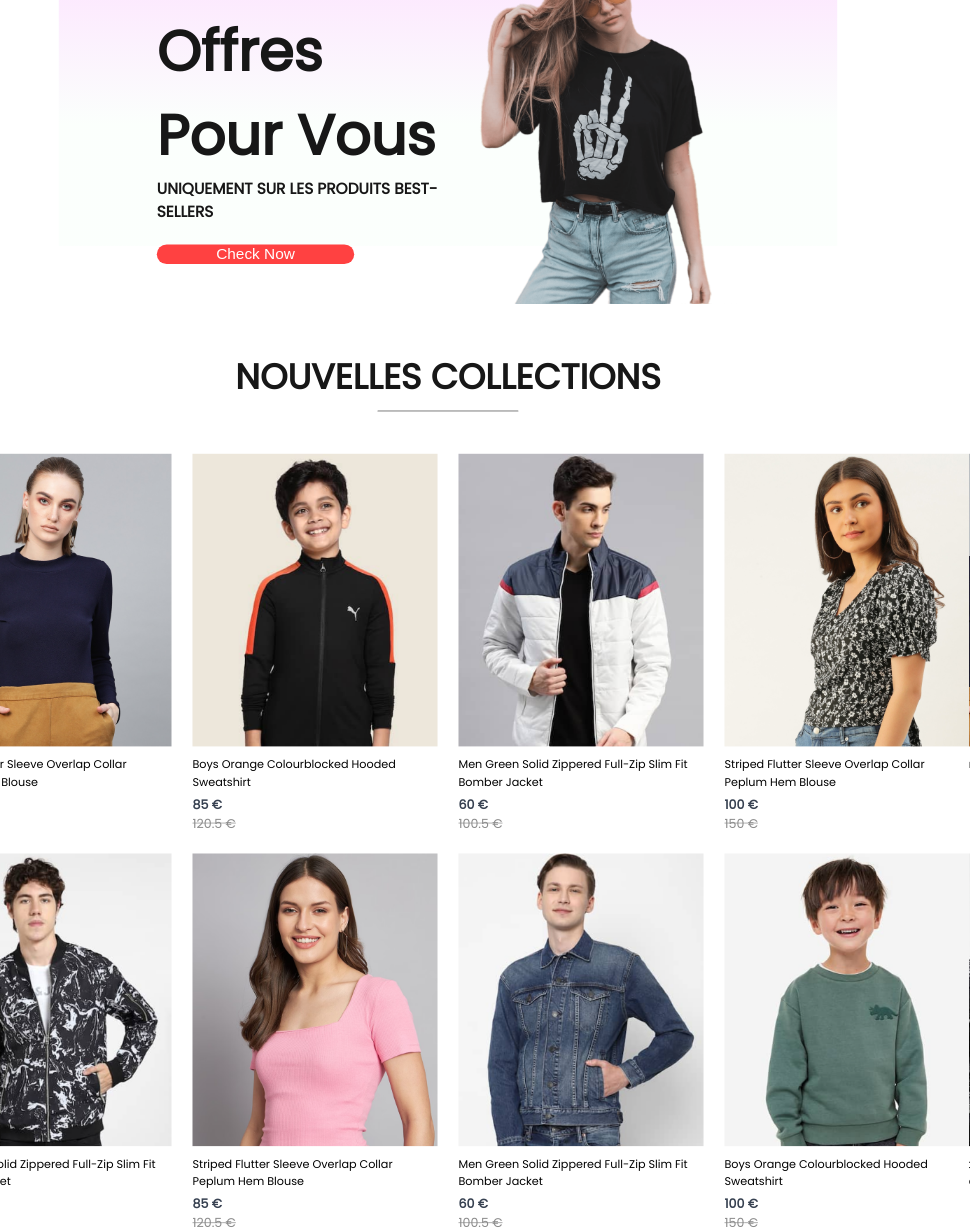
Repository: Flora-J/frontend
Page: /
These files come from the project's save history. The page is drawn as it stood at one moment and after a run of saves; the edit follows.
The browser window is 1280 px wide. The page is 1385 px wide, so the pictures cover 1385 px, including what lies to the right of the window. The pictures show the part of the page from y = 1546 to 3306 px (the page is 3306 px tall), at 70% of full size.
The project was rebuilt for these pictures with package versions that can differ from the ones it lists, and the page was loaded fresh each time. Also part of the build but not shown: src/App.css, src/pages/ShopCategory.jsx, src/pages/Product.jsx, src/pages/Cart.jsx, src/pages/LoginSignup.jsx.

Above is the page before, as saved 2023-11-24 12:01:52.

### src/components/Navbar/Navbar.jsx
import React, { useState } from "react";
import "./Navbar.css";
import logo from "../../assets/logo.png";
import cart_icon from "../../assets/cart_icon.png";
import { Link } from "react-router-dom";

const Navbar = () => {
  const [menu, setMenu] = useState("shop");
  return (
    <div className="navbar">
      <div className="nav-logo">
        <img src={logo} alt="" />
        <p>SHOPPER</p>
      </div>
      <ul className="nav-menu">
        <li
          onClick={() => {
            setMenu("shop");
          }}
        >
          <Link style={{ textDecoration: "none" }} to="/">
            Shop
          </Link>
          {menu === "shop" ? <hr /> : <></>}
        </li>
        <li
          onClick={() => {
            setMenu("mens");
          }}
        >
          <Link style={{ textDecoration: "none" }} to="/mens">
            Hommes
          </Link>
          {menu === "mens" ? <hr /> : <></>}
        </li>
        <li
          onClick={() => {
            setMenu("womens");
          }}
        >
          <Link style={{ textDecoration: "none" }} to="/womens">
            Femmes
          </Link>
          {menu === "womens" ? <hr /> : <></>}
        </li>
        <li
          onClick={() => {
            setMenu("kids");
          }}
        >
          <Link style={{ textDecoration: "none" }} to="/kids">
            Enfants
          </Link>
          {menu === "kids" ? <hr /> : <></>}
        </li>
      </ul>
      <div className="nav-login-cart">
        <Link to="/login">
          <button>Login</button>
        </Link>
        <Link to="/cart">
          <img src={cart_icon} alt="" />
        </Link>
        <div className="nav-cart-count">0</div>
      </div>
    </div>
  );
};

export default Navbar;

### src/pages/Shop.jsx
import React from "react";
import Hero from "../components/Hero/Hero";
import Popular from "../components/Popular/Popular";
import Offers from "../components/Offers/Offers";
import NewCollections from "../components/NewCollections/NewCollections";

const Shop = () => {
  return (
    <div>
      <Hero />
      <Popular />
      <Offers />
      <NewCollections />
    </div>
  );
};

export default Shop;

### src/components/Navbar/Navbar.css
.navbar {
  display: flex;
  justify-content: space-around;
  padding: 16px;
  box-shadow: 0 1px 3px -2px black;
}

.nav-logo {
  display: flex;
  align-items: center;
  gap: 10px;
}

.nav-logo p {
  color: #171717;
  font-size: 38px;
  font-weight: 600;
}

.nav-menu {
  display: flex;
  align-items: center;
  list-style: none;
  gap: 50px;
  color: #626262;
  font-size: 20px;
  font-weight: 500;
}

.nav-menu li {
  display: flex;
  flex-direction: column;
  align-items: center;
  justify-content: center;
  gap: 3px;
  cursor: pointer;
}

.nav-menu hr {
  border: none;
  width: 80%;
  height: 3px;
  border-radius: 10px;
  background: #FF4141;
}

.nav-login-cart {
  display: flex;
  align-items: center;
  gap: 45px;
}

.nav-login-cart button {
  width: 157px;
  height: 58px;
  outline: none;
  border: 1px solid #7a7a7a;
  border-radius: 75px;
  color: #515151;
  font-size: 20px;
  font-weight: 500;
  background: white;
  cursor: pointer;
}

.nav-login-cart button:active {
  background: #f3f3f3;
}

.nav-cart-count {
  width: 22px;
  height: 22px;
  display: flex;
  justify-content: center;
  align-items: center;
  margin-top: -35px;
  margin-left: -55px;
  border-radius: 11px;
  font-size: 14px;
  background: red;
  color: white;
}

### src/components/Hero/Hero.jsx
import React from "react";
import "./Hero.css";
import hand_icon from "../../assets/hand_icon.png";
import arrow_icon from "../../assets/arrow.png";
import hero_image from "../../assets/hero_image.png";

const Hero = () => {
  return (
    <div className="hero">
      <div className="hero-left">
        <h2>NOUVEAUTÉS UNIQUEMENT</h2>
        <div>
          <div className="hero-hand-icon">
            <p>Nouvelle</p>
            <img src={hand_icon} alt="" />
          </div>
          <p>collections</p>
          <p>pour tout le monde</p>
        </div>
        <div className="hero-latest-btn">
          <div>Dernière collection</div>
          <img src={arrow_icon} alt="" />
        </div>
      </div>
      <div className="hero-right">
        <img src={hero_image} alt="" />
      </div>
    </div>
  );
};

export default Hero;

### src/components/Popular/Popular.jsx
import React from "react";
import Item from "../Item/Item";
import data_product from "../../data/data";
import "./Popular.css";

const Popular = () => {
  return (
    <div className="popular">
      <h1>POPULAIRE CHEZ LES FEMMES</h1>
      <hr />
      <div className="popular-item">
        {data_product.map((item, i) => {
          return (
            <Item
              key={i}
              id={item.id}
              name={item.name}
              image={item.image}
              new_price={item.new_price}
              old_price={item.old_price}
            />
          );
        })}
      </div>
    </div>
  );
};

export default Popular;

### src/components/Offers/Offers.jsx
import React from "react";
import "./Offers.css";
import exclusive_image from "../../assets/exclusive_image.png";

const Offers = () => {
  return (
    <div className="offers">
      <div className="offers-left">
        <h1>Exclusive</h1>
        <h1>Offres Pour Vous</h1>
        <p>UNIQUEMENT SUR LES PRODUITS BEST-SELLERS</p>
        <button>Check Now</button>
      </div>
      <div className="offers-right">
        <img src={exclusive_image} alt="" />
      </div>
    </div>
  );
};

export default Offers;

### src/components/NewCollections/NewCollections.jsx
import React from "react";
import "./NewCollections.css";
import new_collection from "../../data/new_collections";
import Item from "../Item/Item";

const NewCollections = () => {
  return (
    <div className="new-collections">
      <h1>NOUVELLES COLLECTIONS</h1>
      <hr />
      <div className="collections">
        {new_collection.map((item, i) => {
          return (
            <Item
              key={i}
              id={item.id}
              name={item.name}
              image={item.image}
              new_price={item.new_price}
              old_price={item.old_price}
            />
          );
        })}
      </div>
    </div>
  );
};

export default NewCollections;

### src/components/Hero/Hero.css
.hero {
  height: 100vh;
  background: linear-gradient(180deg, #fde1ff, #e1ffea22 60%);
  display: flex;
}

.hero-left {
  flex: 1;
  display: flex;
  flex-direction: column;
  justify-content: center;
  gap: 20px;
  padding-left: 180px;
  line-height: 1.1;
}

.hero-left h2 {
  color: #090909;
  font-size: 26px;
  font-weight: 600;
}

.hero-left p {
  color: #171717;
  font-size: 100px;
  font-weight: 700;
}

.hero-hand-icon {
  display: flex;
  align-items: center;
  gap: 20px;
}

.hero-hand-icon img {
  width: 105px;
}

.hero-latest-btn {
  display: flex;
  justify-content: center;
  align-items: center;
  gap: 15px;
  width: 310px;
  height: 70px;
  border-radius: 75px;
  margin-top: 30px;
  background: #ff4141;
  color: white;
  font-size: 22px;
  font-weight: 500;
}

.hero-right {
  flex: 1;
  display: flex;
  align-items: center;
  justify-content: center;
}

### src/components/Item/Item.jsx
import React from "react";
import "./Item.css";

const Item = (props) => {
  return (
    <div className="item">
      <img src={props.image} alt="" />
      <p>{props.name}</p>
      <div className="item-prices">
        <div className="item-price-new">{props.new_price} €</div>
        <div className="item-price-old">{props.old_price} €</div>
      </div>
    </div>
  );
};

export default Item;

### src/data/data.js
import p1_img from "../assets/product_1.png";
import p2_img from "../assets/product_2.png";
import p3_img from "../assets/product_3.png";
import p4_img from "../assets/product_4.png";

let data_product = [
  {
    id: 1,
    name: "Striped Flutter Sleeve Overlap Collar Peplum Hem Blouse",
    image: p1_img,
    new_price: 50.0,
    old_price: 80.5,
  },
  {
    id: 2,
    name: "Striped Flutter Sleeve Overlap Collar Peplum Hem Blouse",
    image: p2_img,
    new_price: 85.0,
    old_price: 120.5,
  },
  {
    id: 3,
    name: "Striped Flutter Sleeve Overlap Collar Peplum Hem Blouse",
    image: p3_img,
    new_price: 60.0,
    old_price: 100.5,
  },
  {
    id: 4,
    name: "Striped Flutter Sleeve Overlap Collar Peplum Hem Blouse",
    image: p4_img,
    new_price: 100.0,
    old_price: 150.0,
  },
];

export default data_product;

### src/components/Popular/Popular.css
.popular {
  display: flex;
  flex-direction: column;
  align-items: center;
  gap: 10px;
  height: 90vh;
}

.popular h1 {
  color: #171717;
  font-size: 50px;
  font-weight: 600;
}

.popular hr {
  width: 200px;
  height: 6px;
  border-radius: 10px;
  background: #252525;
}

.popular-item {
  margin-top: 50px;
  display: flex;
  gap: 30px;
}

### src/components/Offers/Offers.css
.offers {
  width: 65%;
  height: 60vh;
  display: flex;
  margin: auto;
  padding: 0px 140px;
  margin-bottom: 150px;
  background: linear-gradient(180deg, #fde1ff 0%, #e1ffea22 60%);
}

.offers-left {
  flex: 1;
  display: flex;
  flex-direction: column;
  justify-content: center;
}

.offers-left h1 {
  color: #171717;
  font-size: 80px;
  font-weight: 600;
}

.offers-left p {
  color: #171717;
  font-size: 22px;
  font-weight: 600;
}

.offers-left button {
  width: 282px;
  height: 70px;
  border-radius: 35px;
  background: #ff4141;
  border: none;
  color: white;
  font-size: 22px;
  font-weight: 500;
  margin-top: 30px;
  cursor: pointer;
}

.offers-right {
  flex: 1;
  display: flex;
  align-items: center;
  justify-content: flex-end;
  padding-top: 50px;
}

### src/components/NewCollections/NewCollections.css
.new-collections {
  display: flex;
  flex-direction: column;
  align-items: center;
  gap: 10px;
  height: 90vh;
}

.new-collections h1 {
  color: #171717;
  font-size: 50px;
  font-weight: 600;
}

.new-collections hr {
  width: 200px;
  height: 6px;
  border-radius: 10px;
  background: #252525;
}

.collections {
  display: grid;
  grid-template-columns: 1fr 1fr 1fr 1fr;
  margin-top: 50px;
  gap: 30px;
}

### src/data/new_collections.js
import p1_img from "../assets/product_12.png";
import p2_img from "../assets/product_35.png";
import p3_img from "../assets/product_14.png";
import p4_img from "../assets/product_8.png";
import p5_img from "../assets/product_15.png";
import p6_img from "../assets/product_2.png";
import p7_img from "../assets/product_17.png";
import p8_img from "../assets/product_28.png";

let new_collections = [
  {
    id: 12,
    name: "Striped Flutter Sleeve Overlap Collar Peplum Hem Blouse",
    image: p1_img,
    new_price: 50.0,
    old_price: 80.5,
  },
  {
    id: 35,
    name: "Boys Orange Colourblocked Hooded Sweatshirt",
    image: p2_img,
    new_price: 85.0,
    old_price: 120.5,
  },
  {
    id: 14,
    name: "Men Green Solid Zippered Full-Zip Slim Fit Bomber Jacket",
    image: p3_img,
    new_price: 60.0,
    old_price: 100.5,
  },
  {
    id: 8,
    name: "Striped Flutter Sleeve Overlap Collar Peplum Hem Blouse",
    image: p4_img,
    new_price: 100.0,
    old_price: 150.0,
  },
  {
    id: 15,
    name: "Men Green Solid Zippered Full-Zip Slim Fit Bomber Jacket",
    image: p5_img,
    new_price: 50.0,
    old_price: 80.5,
  },
  {
    id: 2,
    name: "Striped Flutter Sleeve Overlap Collar Peplum Hem Blouse",
    image: p6_img,
    new_price: 85.0,
    old_price: 120.5,
  },
  {
    id: 17,
    name: "Men Green Solid Zippered Full-Zip Slim Fit Bomber Jacket",
    image: p7_img,
    new_price: 60.0,
    old_price: 100.5,
  },
  {
    id: 28,
    name: "Boys Orange Colourblocked Hooded Sweatshirt",
    image: p8_img,
    new_price: 100.0,
    old_price: 150.0,
  },
];

export default new_collections;

### src/components/Item/Item.css
.item {
  width: 350px;
}

.item p {
  margin: 6px 0px;
}

.items-prices {
  display: flex;
  gap: 20px;
}

.item-price-new {
  color: #374151;
  font-size: 18px;
  font-weight: 600;
}

.item-price-old {
  color: #8C8C8C;
  font-size: 18px;
  font-weight: 500;
  text-decoration: line-through;
}

.item:hover {
  transform: scale(1.05);
  transition: 0.6s;
}

### src/components/NewsLetter/Newsletter.jsx
import React from "react";
import "./NewLettter.css";

const Newsletter = () => {
  return <div className="newsletter">
    <h1>Recevez Des Offres Exclusives Sur Votre e-mail</h1>
    <p>Abonnez-vous à notre newsletter et restez informé</p>
    <div>
      <input type="email" placeholder="Votre Email" />
      <button>S'abonner</button>
    </div>
  </div>;
};

export default Newsletter;

### src/components/NewsLetter/NewLettter.css
.newsletter {
  width: 65%;
  height: 40vh;
  display: flex;
  flex-direction: column;
  align-items: center;
  justify-content: center;
  margin: auto;
  padding: 0px 140px;
  margin-bottom: 150px;
  background: linear-gradient(180deg, #fde1ff 0%, #e1ffea22 60%);
  gap: 30px;
}

.newsletter h1 {
  color: #454545;
  font-size: 55px;
  font-weight: 600;
}

.newsletter p {
  color: #454545;
  font-size: 20px;
}

.newsletter div {
  display: flex;
  align-items: center;
  justify-content: space-between;
  background: white;
  width: 730px;
  height: 70px;
  border-radius: 80px;
  border: 1px solid #e3e3e3;
}

.newsletter input {
  width: 500px;
  margin-left: 30px;
  border: none;
  outline: none;
  color: #616161;
  font-family: Poppins;
  font-size: 16px;
}

.newsletter div button {
  width: 210px;
  height: 70px;
  border-radius: 80px;
  background: black;
  color: white;
  font-size: 16px;
  cursor: pointer;
}

Loaded but not shown: public/index.html (common file); src/index.js (common file); src/index.css (common file); src/App.js (common file); src/reportWebVitals.js (common file)

After the next 3 saves:
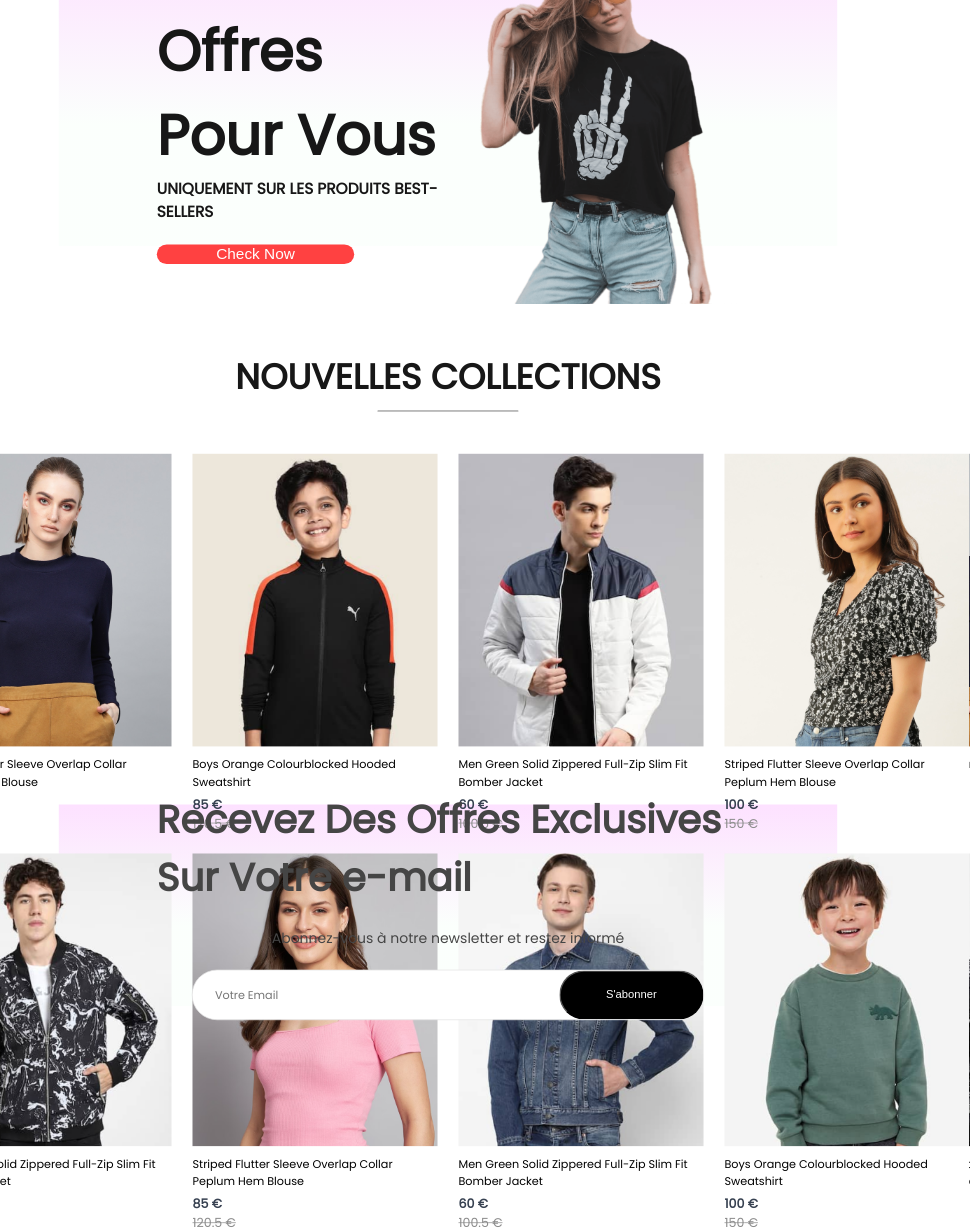
The 3 saves are shown as one change because they came seconds apart.
The last was saved 39 s later.
--- a/src/pages/Shop.jsx
+++ b/src/pages/Shop.jsx
@@ -3,6 +3,7 @@
 import Popular from "../components/Popular/Popular";
 import Offers from "../components/Offers/Offers";
 import NewCollections from "../components/NewCollections/NewCollections";
+import Newsletter from "../components/NewsLetter/Newsletter";
 
 const Shop = () => {
   return (
@@ -11,6 +12,7 @@
       <Popular />
       <Offers />
       <NewCollections />
+      <Newsletter />
     </div>
   );
 };
